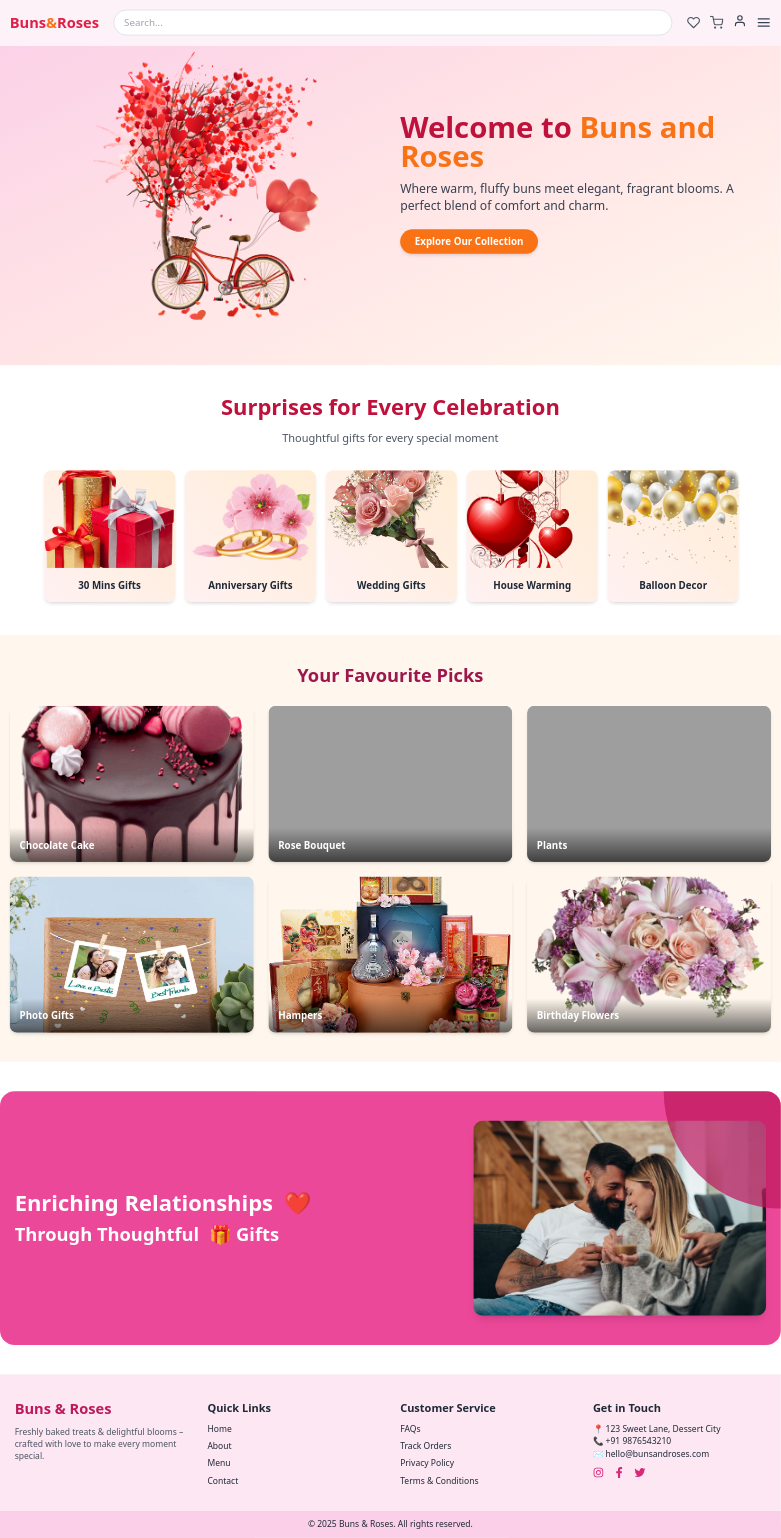
Repository: Purniagithub/buns-and-roses
Page: /
The author's editor kept a copy of each file at every save. The page is drawn from the files as they stood at one save, then again after the next save.
The browser window is 1280 px wide. The pictures show the whole page, at 61% of full size.
Pictures or frames that could not be fetched are drawn as grey boxes. The project was rebuilt for these pictures with package versions that can differ from the ones it lists, and the page was loaded fresh each time. Also part of the build but not shown: vite.config.js, src/pages/About.jsx.

Above is the page before, as saved 2025-08-10 03:04:50.

### src/App.jsx
import React from 'react';
import { BrowserRouter as Router, Routes, Route } from 'react-router-dom';

import Home from './pages/Home';
import About from './pages/About';
import Navbar from './components/Navbar';
import Footer from './components/Footer'; // ✅ Import Footer

function App() {
  return (
    <Router>
      <div className="flex flex-col min-h-screen">
        {/* Navbar at the top */}
        <Navbar />

        {/* Main content area grows to push footer down */}
        <main className="flex-grow">
          <Routes>
            <Route path="/" element={<Home />} />
            <Route path="/about" element={<About />} />
          </Routes>
        </main>

        {/* Footer at the bottom */}
        <Footer />
      </div>
    </Router>
  );
}

export default App;

### src/pages/Home.jsx
import React from "react";
import Slider from "react-slick";
import { motion } from "framer-motion";
import "slick-carousel/slick/slick.css";
import "slick-carousel/slick/slick-theme.css";
import FavouritePicks from "../components/FavouritePicks";
import RelationshipSection from "../components/RelationshipSec tion";

const Home = () => {
  const celebrationItems = [
    { title: "Birthday Gifts", image: "/pngegg (6).png" },
    { title: "Send Rakhi Online", image: "/pngegg (3).png" },
    { title: "30 Mins Gifts", image: "/pngegg (4).png" },
    { title: "Anniversary Gifts", image: "/pngegg (7).png" },
    { title: "Wedding Gifts", image: "/pngegg.png" },
    { title: "House Warming", image: "/pngegg (9).png" },
    { title: "Balloon Decor", image: "/pngegg (2).png" },
  ];

  const sliderSettings = {
    dots: false,
    infinite: true,
    speed: 500,
    slidesToShow: 5,
    slidesToScroll: 1,
    autoplay: true,
    autoplaySpeed: 2500,
    responsive: [
      { breakpoint: 1024, settings: { slidesToShow: 3 } },
      { breakpoint: 768, settings: { slidesToShow: 2 } },
      { breakpoint: 480, settings: { slidesToShow: 1 } },
    ],
  };

  return (
    <>
      {/* Hero Section */}
      <div className="min-h-80 bg-gradient-to-br from-pink-200 via-rose-100 to-orange-50 flex items-center justify-center px-4 py-12">
        <div className="max-w-6xl w-full grid grid-cols-1 md:grid-cols-2 gap-8 items-center">
          {/* Left Side - Image */}
          <div className="flex justify-center">
            <img
              src="/pngegg (1).png"
              alt="Delicious buns and roses"
              className="w-full max-w-md h-auto rounded-3xl transform hover:scale-105 transition duration-500"
            />
          </div>

          {/* Right Side - Text Content */}
          <div className="text-center md:text-left">
            <h1 className="text-4xl md:text-5xl font-extrabold text-rose-700 leading-tight mb-4">
              Welcome to <span className="text-orange-500">Buns and Roses</span>
            </h1>
            <p className="text-lg md:text-xl text-gray-700 mb-6">
              Where warm, fluffy buns meet elegant, fragrant blooms. A perfect
              blend of comfort and charm.
            </p>
            <button className="bg-orange-500 hover:bg-orange-600 text-white font-semibold py-2 px-6 rounded-full shadow-md transition duration-300">
              Explore Our Collection
            </button>
          </div>
        </div>
      </div>

      {/* Celebration Section with Slider */}
      <section className="py-12 bg-white px-4">
        <div className="max-w-7xl mx-auto text-center mb-10">
          <h2 className="text-3xl md:text-4xl font-bold text-rose-700 mb-4">
            Surprises for Every Celebration
          </h2>
          <p className="text-gray-600 text-lg">
            Thoughtful gifts for every special moment
          </p>
        </div>

        <div className="max-w-6xl mx-auto">
          <Slider {...sliderSettings}>
            {celebrationItems.map((item, index) => (
              <div key={index} className="px-2">
                <motion.div
                  initial={{ opacity: 0, y: 20 }}
                  animate={{ opacity: 1, y: 0 }}
                  transition={{ duration: 0.6, delay: index * 0.1 }}
                  className="bg-gradient-to-tr from-rose-50 to-orange-100 rounded-xl shadow-md overflow-hidden hover:shadow-xl transition hover:scale-105"
                >
                  <img
                    src={item.image}
                    alt={item.title}
                    className="w-full h-40 object-cover"
                  />
                  <div className="p-4 text-center">
                    <h3 className="text-md font-semibold text-gray-800">
                      {item.title}
                    </h3>
                  </div>
                </motion.div>
              </div>
            ))}
          </Slider>
        </div>
      </section>
       {/* Other homepage sections */}
       <FavouritePicks />
       <RelationshipSection />

    </>
  );
};

export default Home;

### src/components/Navbar.jsx
import React, { useState, useEffect } from "react";
import { FiMenu, FiX, FiUser, FiHeart, FiShoppingCart } from "react-icons/fi";

const Navbar = () => {
  const [isMenuOpen, setIsMenuOpen] = useState(false);
  const [isDropdownOpen, setIsDropdownOpen] = useState(false);
  const [scrolled, setScrolled] = useState(false);

  useEffect(() => {
    const handleScroll = () => {
      setScrolled(window.scrollY > 50);
    };
    window.addEventListener("scroll", handleScroll);
    return () => window.removeEventListener("scroll", handleScroll);
  }, []);

  const navItems = [
    { label: "Home", href: "/" },
    { label: "Shop", href: "#" },
    { label: "Flowers", href: "#" },
    { label: "Bakery", href: "#" },
    { label: "About", href: "/about" },
    { label: "Contact", href: "#" },
  ];

  return (
    <nav
      className={`w-full fixed top-0 z-50 transition-all duration-300 ${
        scrolled ? "bg-white shadow-md py-2" : "bg-pink-50 py-4"
      }`}
    >
      <div className="max-w-7xl mx-auto px-4 flex justify-between items-center">
        {/* Logo */}
        <div className="text-2xl font-extrabold text-rose-600">
          Buns<span className="text-orange-500">&</span>Roses
        </div>

        {/* Search Bar - only on md+ */}
        <div className="hidden md:flex flex-1 mx-6">
          <input
            type="text"
            placeholder="Search..."
            className="w-full px-4 py-2 rounded-full border border-gray-300 focus:outline-none focus:ring-2 focus:ring-rose-400"
          />
        </div>

        {/* Right Icons */}
        <div className="flex items-center space-x-4">
          <button className="text-gray-600 hover:text-rose-500 transition">
            <FiHeart size={22} />
          </button>
          <button className="text-gray-600 hover:text-orange-500 transition">
            <FiShoppingCart size={22} />
          </button>

          {/* User Dropdown */}
          <div className="relative">
            <button
              onClick={() => setIsDropdownOpen(!isDropdownOpen)}
              className="text-gray-700 hover:text-rose-600 transition"
            >
              <FiUser size={22} />
            </button>
            {isDropdownOpen && (
              <div className="absolute right-0 mt-2 w-40 bg-white border rounded-md shadow-lg py-2 z-10">
                <button className="block w-full text-left px-4 py-2 text-sm hover:bg-rose-100 text-gray-700">
                  Login
                </button>
                <button className="block w-full text-left px-4 py-2 text-sm hover:bg-rose-100 text-gray-700">
                  Sign Up
                </button>
              </div>
            )}
          </div>

          {/* Toggle Button (always visible) */}
          <button
            className="text-gray-700 focus:outline-none"
            onClick={() => setIsMenuOpen(!isMenuOpen)}
          >
            {isMenuOpen ? <FiX size={24} /> : <FiMenu size={24} />}
          </button>
        </div>
      </div>

      {/* Toggle Dropdown Menu (all screen sizes) */}
      {isMenuOpen && (
        <div className="w-full bg-white shadow-md md:hidden px-4 pb-4">
          <ul className="flex flex-col space-y-2">
            {navItems.map((item, index) => (
              <li key={index}>
                <a
                  href={item.href}
                  className="block text-gray-700 text-base px-4 py-2 rounded hover:bg-rose-100 transition"
                >
                  {item.label}
                </a>
              </li>
            ))}
          </ul>
        </div>
      )}

      {/* Desktop Menu as dropdown (same links, visible only if menu is toggled) */}
      {isMenuOpen && (
        <div className="hidden md:block bg-white shadow-md px-4 pb-4">
          <ul className="flex justify-center space-x-6">
            {navItems.map((item, index) => (
              <li key={index}>
                <a
                  href={item.href}
                  className="text-gray-700 hover:text-rose-600 font-medium transition"
                >
                  {item.label}
                </a>
              </li>
            ))}
          </ul>
        </div>
      )}
    </nav>
  );
};

export default Navbar;

### src/components/Footer.jsx
// src/components/Footer.jsx
import React from "react";
import { FaFacebookF, FaInstagram, FaTwitter } from "react-icons/fa";

const Footer = () => {
  return (
    <footer className="bg-pink-100 text-gray-800">
      <div className="max-w-7xl mx-auto px-6 py-10 grid grid-cols-1 md:grid-cols-4 gap-8">

        {/* Brand Info */}
        <div>
          <h2 className="text-2xl font-bold text-pink-700">Buns & Roses</h2>
          <p className="mt-3 text-sm text-gray-600">
            Freshly baked treats & delightful blooms – crafted with love to make every moment special.
          </p>
        </div>

        {/* Quick Links */}
        <div>
          <h3 className="text-lg font-semibold mb-3">Quick Links</h3>
          <ul className="space-y-2 text-sm">
            <li><a href="/" className="hover:text-pink-600">Home</a></li>
            <li><a href="/about" className="hover:text-pink-600">About</a></li>
            <li><a href="/menu" className="hover:text-pink-600">Menu</a></li>
            <li><a href="/contact" className="hover:text-pink-600">Contact</a></li>
          </ul>
        </div>

        {/* Customer Service */}
        <div>
          <h3 className="text-lg font-semibold mb-3">Customer Service</h3>
          <ul className="space-y-2 text-sm">
            <li><a href="/faq" className="hover:text-pink-600">FAQs</a></li>
            <li><a href="/orders" className="hover:text-pink-600">Track Orders</a></li>
            <li><a href="/privacy" className="hover:text-pink-600">Privacy Policy</a></li>
            <li><a href="/terms" className="hover:text-pink-600">Terms & Conditions</a></li>
          </ul>
        </div>

        {/* Contact & Social */}
        <div>
          <h3 className="text-lg font-semibold mb-3">Get in Touch</h3>
          <p className="text-sm">📍 123 Sweet Lane, Dessert City</p>
          <p className="text-sm">📞 +91 9876543210</p>
          <p className="text-sm">✉️ hello@bunsandroses.com</p>
          <div className="flex gap-4 mt-3 text-pink-600 text-lg">
            <a href="#"><FaInstagram /></a>
            <a href="#"><FaFacebookF /></a>
            <a href="#"><FaTwitter /></a>
          </div>
        </div>
      </div>

      {/* Copyright */}
      <div className="bg-pink-200 text-center py-3 text-sm">
        © {new Date().getFullYear()} Buns & Roses. All rights reserved.
      </div>
    </footer>
  );
};

export default Footer;

### src/components/FavouritePicks.jsx
// src/components/FavouritePicks.jsx
import React from "react";

const FavouritePicks = () => {
  const picks = [
    { id: 1, img: "/pngegg (10).png", title: "Chocolate Cake" },
    { id: 2, img: "/pngegg (11).png", title: "Rose Bouquet" },
    { id: 3, img: "/pngegg (12).png", title: "Plants" },
    { id: 4, img: "/pngegg 13.webp", title: "Photo Gifts" },
    { id: 5, img: "/pngegg (13).png", title: "Hampers" },
    { id: 6, img: "/pngegg (14).png", title: "Birthday Flowers" },
  ];

  return (
    <section className="py-12 mb-4 bg-orange-50">
      <div className="max-w-7xl mx-auto px-4">
        <h2 className="text-3xl font-bold text-center text-pink-800 mb-8">
          Your Favourite Picks
        </h2>

        {/* Evenly spaced grid instead of masonry */}
        <div className="grid grid-cols-1 sm:grid-cols-2 md:grid-cols-3 gap-6">
          {picks.map((item) => (
            <div
              key={item.id}
              className="relative overflow-hidden rounded-xl shadow-md hover:scale-[1.02] transition-transform duration-300"
            >
              <img
                src={item.img}
                alt={item.title}
                className="w-full h-64 object-cover"
              />
              <div className="absolute bottom-0 left-0 right-0 bg-gradient-to-t from-black/60 to-transparent p-4">
                <h3 className="text-white font-semibold">{item.title}</h3>
              </div>
            </div>
          ))}
        </div>
      </div>
    </section>
  );
};

export default FavouritePicks;

### src/components/RelationshipSec tion.jsx
// src/components/RelationshipSection.jsx
import React from "react";

const RelationshipSection = () => {
  return (
    <section className="relative bg-pink-500 rounded-3xl max-w-7xl mx-auto px-6 py-12 my-12 flex flex-col md:flex-row items-center overflow-hidden">
      {/* Left text */}
      <div className="md:w-1/2 text-white text-center md:text-left z-10">
        <h2 className="text-3xl md:text-4xl font-bold mb-3 leading-tight">
          Enriching Relationships <span className="inline-block ml-2">❤️</span>
        </h2>
        <h3 className="text-2xl md:text-3xl font-semibold">
          Through Thoughtful <span className="inline-block ml-2">🎁</span> Gifts
        </h3>
      </div>

      {/* Right image */}
      <div className="md:w-1/2 mt-8 md:mt-0 flex justify-center md:justify-end">
        <img
          src="/image 15.jpg"
          alt="Couple celebrating with flowers and wine"
          className="rounded-2xl max-h-64 md:max-h-80 object-cover shadow-lg"
        />
      </div>

      {/* Optional overlay shape (like your banner's pink shape) */}
      <div className="pointer-events-none absolute top-0 right-0 w-48 h-48 bg-pink-700 rounded-bl-full opacity-70 hidden md:block"></div>
    </section>
  );
};

export default RelationshipSection;

Loaded but not shown: index.html (common file); src/main.jsx (common file); src/index.css (common file); tailwind.config.js (common file)

After the next save:
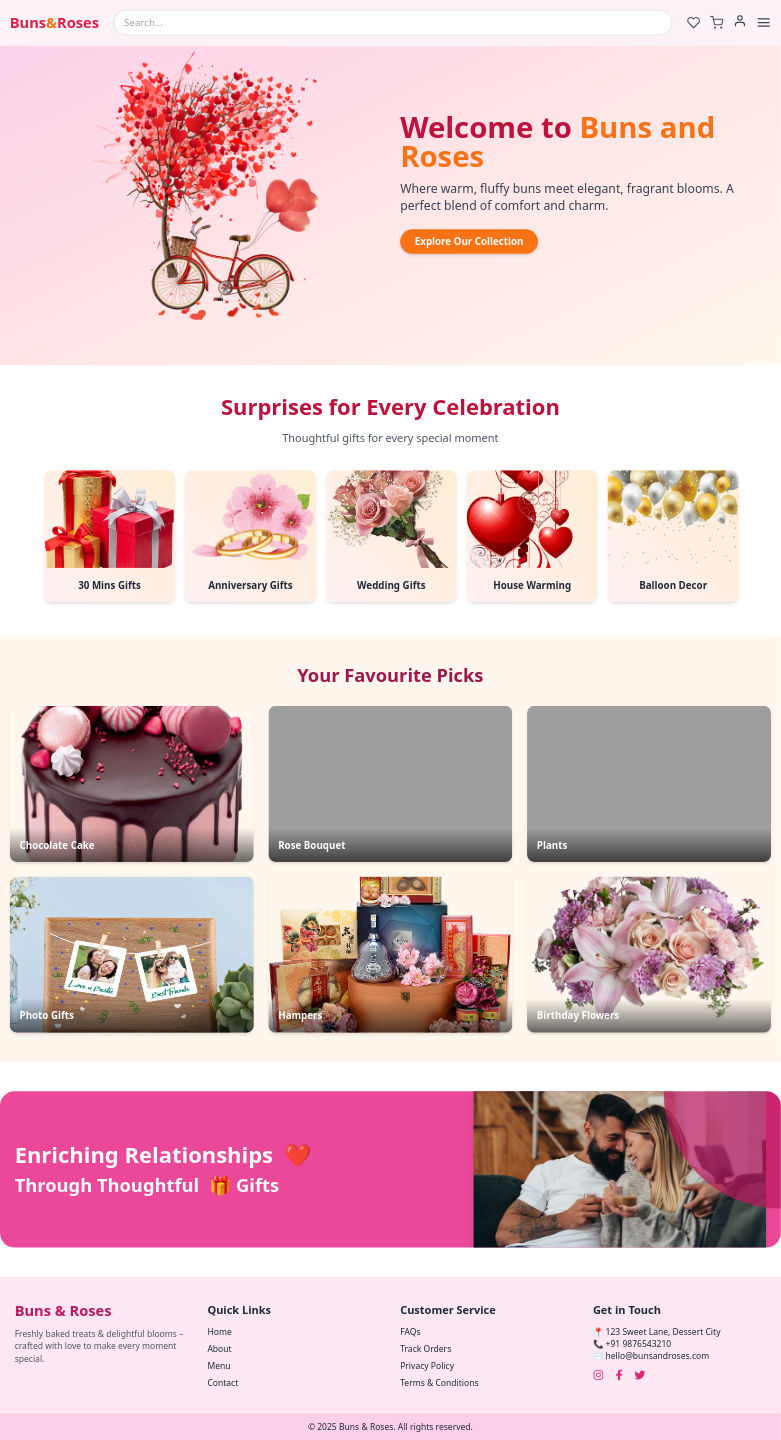
Saved 46 s later.
--- a/src/components/RelationshipSec tion.jsx
+++ b/src/components/RelationshipSec tion.jsx
@@ -3,7 +3,7 @@
 
 const RelationshipSection = () => {
   return (
-    <section className="relative bg-pink-500 rounded-3xl max-w-7xl mx-auto px-6 py-12 my-12 flex flex-col md:flex-row items-center overflow-hidden">
+    <section className="relative bg-pink-500 rounded-3xl max-w-7xl h-64 mx-auto px-6 py-12 my-12 flex flex-col md:flex-row items-center overflow-hidden">
       {/* Left text */}
       <div className="md:w-1/2 text-white text-center md:text-left z-10">
         <h2 className="text-3xl md:text-4xl font-bold mb-3 leading-tight">

After the save that followed:
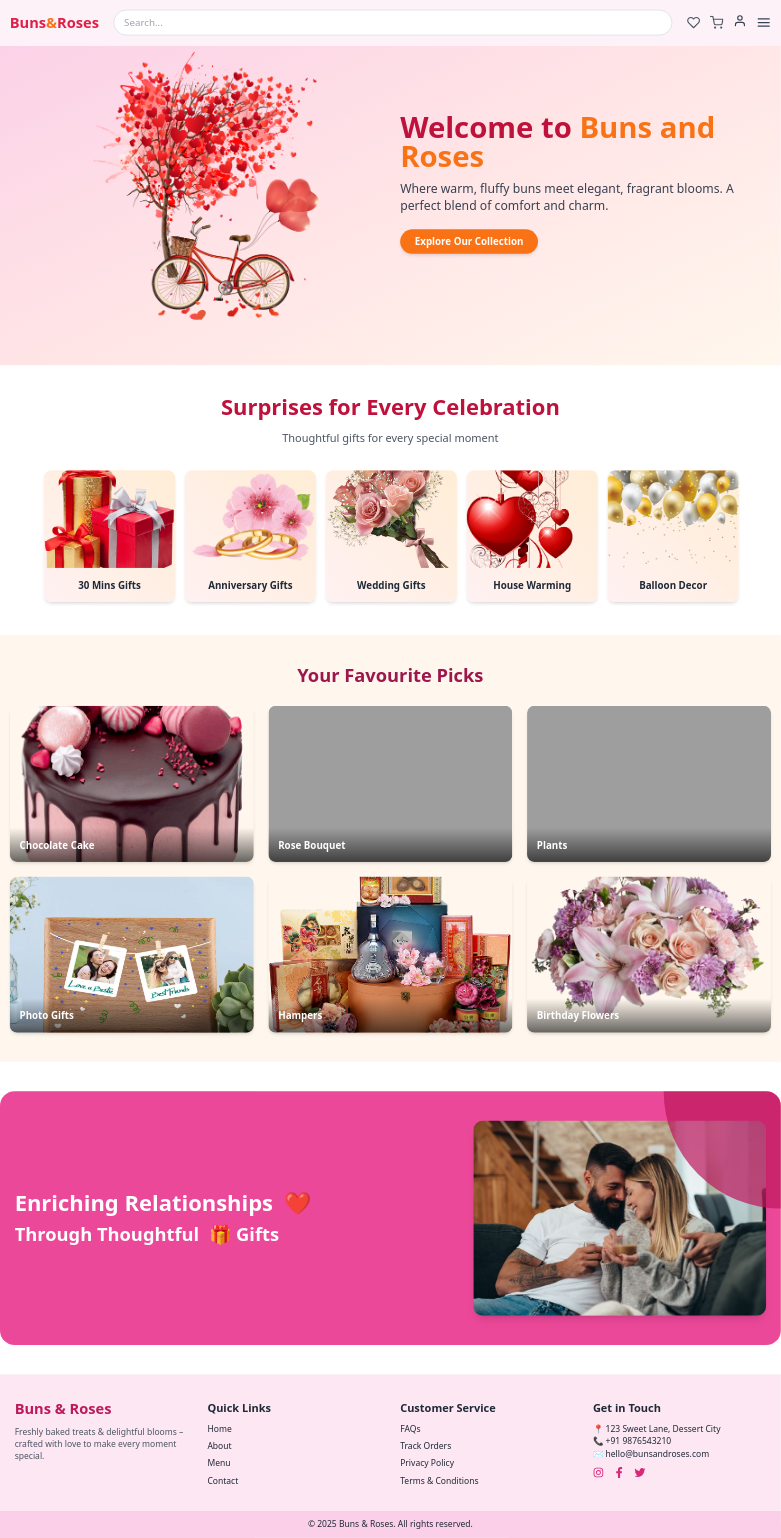
Saved 18 s later.
--- a/src/components/RelationshipSec tion.jsx
+++ b/src/components/RelationshipSec tion.jsx
@@ -3,7 +3,7 @@
 
 const RelationshipSection = () => {
   return (
-    <section className="relative bg-pink-500 rounded-3xl max-w-7xl h-64 mx-auto px-6 py-12 my-12 flex flex-col md:flex-row items-center overflow-hidden">
+    <section className="relative bg-pink-500 rounded-3xl max-w-7xl h-65 mx-auto px-6 py-12 my-12 flex flex-col md:flex-row items-center overflow-hidden">
       {/* Left text */}
       <div className="md:w-1/2 text-white text-center md:text-left z-10">
         <h2 className="text-3xl md:text-4xl font-bold mb-3 leading-tight">
